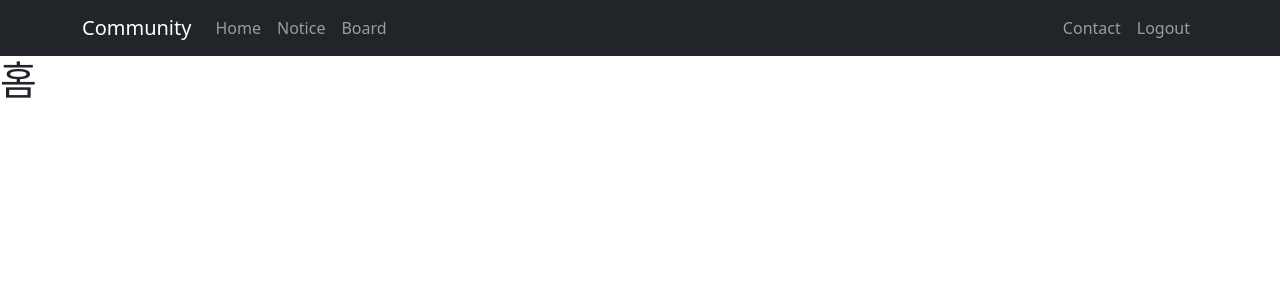
Repository: yangddoddi/community_react
Page: /
These files come from the project's save history. The page is drawn as it stood at one moment and after the next save; the edit follows.
The browser window is 1280 px wide. The pictures show the whole page.
The page's requests for data from a server got no answer. The project was rebuilt for these pictures with package versions that can differ from the ones it lists, and the page was loaded fresh each time. No one was signed in, and anything a server would have sent is missing. Also part of the build but not shown: src/pages/Join.js, src/pages/Login.js, src/pages/Posts.js, src/pages/Write.js.

Above is the page before, as saved 2022-09-06 23:06:22.

### src/App.js
import React, { useEffect, useState } from "react";
import { testAxios } from "./config/testAxios";
import { Header } from "./pages/header/Header";
import { MyRoutes } from "./router/Routes";
import "bootstrap/dist/css/bootstrap.min.css";

const App = () => {
  const [ip, setIp] = useState("");
  const findIp = (data) => {
    setIp(data);
  };

  useEffect(() => {
    testAxios("test", findIp);
  });

  return (
    <>
      <Header />
      <MyRoutes />
    </>
  );
};

export default App;

### src/config/testAxios.js
import axios from "axios";

export const testAxios = (url, findIp) => {
  axios({
    url: "/" + url,
    method: "post",
    baseURL: "http://localhost:8080",
    withCredentials: true,
  }).then((res) => {
    findIp(res.data);
  });
};

### src/pages/header/Header.js
import Container from "react-bootstrap/Container";
import Nav from "react-bootstrap/Nav";
import Navbar from "react-bootstrap/Navbar";
import { NavLink } from "react-bootstrap";
import axios from "axios";

export const Header = () => {
  const logoutHandler = () => {
    axios.post("http://localhost8080/logout").catch((err) => console.log(err));
  };

  return (
    <>
      <Navbar bg="dark" variant="dark">
        <Container>
          <Navbar.Brand href="/">Community</Navbar.Brand>
          <Nav className="me-auto">
            <Nav.Link href="/">Home</Nav.Link>
            <Nav.Link href="/posts/notice">Notice</Nav.Link>
            <Nav.Link href="/posts/board">Board</Nav.Link>
          </Nav>
          <Nav className="right">
            <Nav.Link href="/posts">Contact</Nav.Link>
            <Nav.Link href="/logout" onClick={logoutHandler}>
              Logout
            </Nav.Link>
          </Nav>
        </Container>
      </Navbar>
    </>
  );
};

### src/router/Routes.js
import { Route, Routes } from "react-router-dom";
import { Home } from "../pages/Home";
import { Join } from "../pages/Join";
import { Login } from "../pages/Login";
import { Posts } from "../pages/Posts";
import { Write } from "../pages/Write";

export const MyRoutes = () => {
  return (
    <Routes>
      <Route path="/*" element={<Home />} />
      <Route path="/login" element={<Login />} />
      <Route path="/join" element={<Join />} />
      <Route path="/posts/:id/write" element={<Write />} />
      <Route path="/posts/:id" element={<Posts />} />
      <Route path="/posts/:category" element={<Posts />} />
      <Route path="/posts/:category" element={<Posts />} />
      <Route path="/posts/:category" element={<Posts />} />
    </Routes>
  );
};

### src/pages/Home.js
export const Home = () => {
  return <h1>홈</h1>;
};

Loaded but not shown: public/index.html (common file); src/index.js (common file); src/index.css (common file); src/reportWebVitals.js (common file)

After the next save:
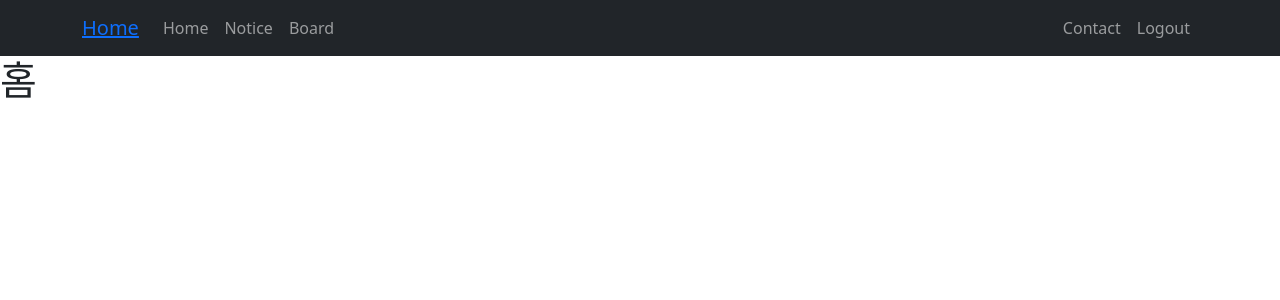
Saved 3 min 3 s later.
--- a/src/pages/header/Header.js
+++ b/src/pages/header/Header.js
@@ -3,6 +3,7 @@ import Nav from "react-bootstrap/Nav";
 import Navbar from "react-bootstrap/Navbar";
 import { NavLink } from "react-bootstrap";
 import axios from "axios";
+import { Link } from "react-router-dom";
 
 export const Header = () => {
   const logoutHandler = () => {
@@ -13,7 +14,11 @@ export const Header = () => {
     <>
       <Navbar bg="dark" variant="dark">
         <Container>
-          <Navbar.Brand href="/">Community</Navbar.Brand>
+          <Navbar.Brand>
+            <Link to="/" className="header_title">
+              Home
+            </Link>
+          </Navbar.Brand>
           <Nav className="me-auto">
             <Nav.Link href="/">Home</Nav.Link>
             <Nav.Link href="/posts/notice">Notice</Nav.Link>
